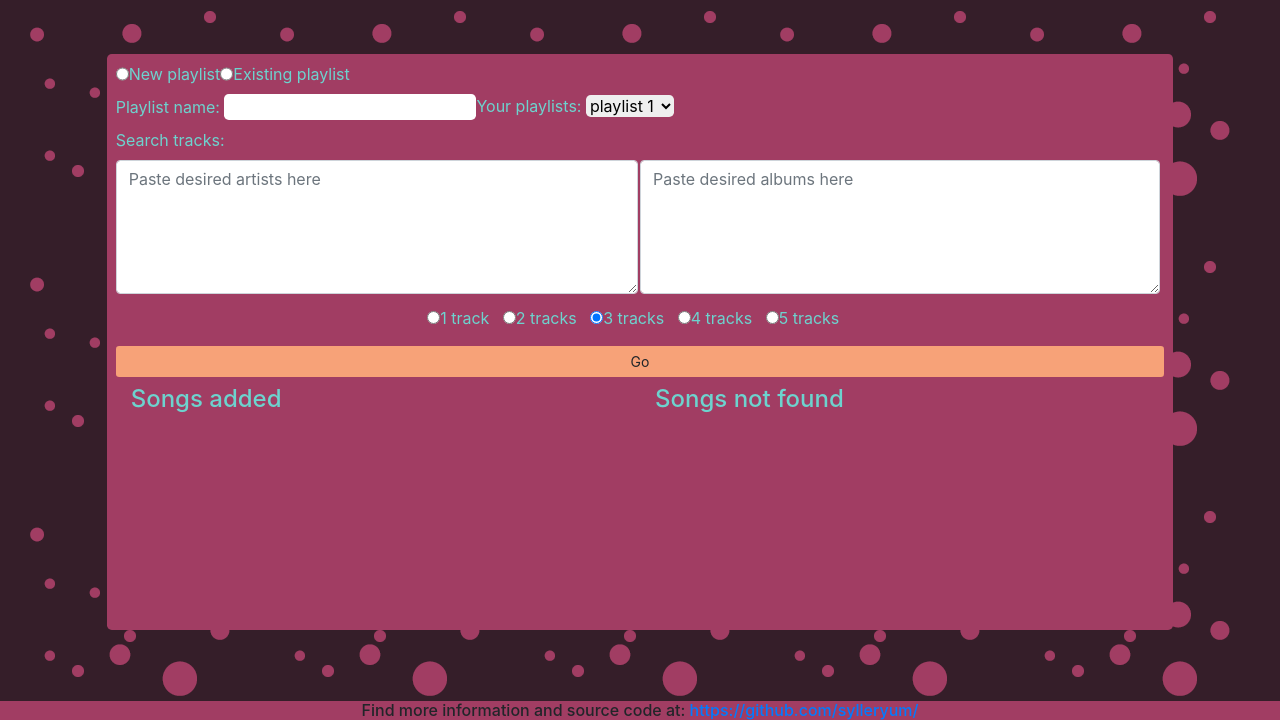
Repository: sylleryum/Frontend
Page: GetTopTracks/index.html
The author's editor kept a copy of each file at every save. The page is drawn from the files as they stood at one save, then again after a run of saves.
The browser window is 1280 px wide. The pictures show the whole page.

Above is the page before, as saved 2019-10-13 17:53:35.

### GetTopTracks/index.html
<!doctype html>
<html lang="en">

<head>
     <title>Get top tracks from Artists and albums</title>
     <!-- Required meta tags -->
     <meta charset="utf-8">
     <meta name="viewport" content="width=device-width, initial-scale=1, shrink-to-fit=no">

     <!-- Bootstrap CSS -->
     <link rel="stylesheet" href="https://stackpath.bootstrapcdn.com/bootstrap/4.3.1/css/bootstrap.min.css"
          integrity="sha384-ggOyR0iXCbMQv3Xipma34MD+dH/1fQ784/j6cY/iJTQUOhcWr7x9JvoRxT2MZw1T" crossorigin="anonymous">

     <!-- main CSS-->
     <link rel="stylesheet" href="style.css">

</head>

<body class="background-master">
     <form action="searchTrack" id="submit-btn" onsubmit="return validation()">
          <div class="container-fluid h-95">
               <div class="row align-items-center justify-content-center h-95">
                    <div class="h-80 col col-md-10 bg-4 text-1 rounded-lg pl-4 pr-4 pt-2 overflow-auto"  id="internal-container">

                         <div class="row main-select pb-2">
                              <input type="radio" id="rNew" name="playlistRadio" value="new"
                                   onchange="radioChecker()">New
                              playlist
                              <input type="radio" id="rExisting" name="playlistRadio" value="existing"
                                   onchange="radioChecker()">Existing
                              playlist
                         </div>
                         <div class="row main-playlist pb-2">
                              <div id="new-playlist" class="block-style">
                                   Playlist name: <input type="text" class="rounded-lg border-0" id="playlistName"
                                        name="playlistName" />
                              </div>
                              <div id="existing-playlist" class="block-style">
                                   <span>Your playlists:</span>
                                   <select name="selectPlaylist" class="rounded-lg border-0">
                                        <option>playlist 1</option>
                                        <option>playlist 2</option>
                                        <option>playlist 3</option>
                                        <option>playlist 4</option>
                                        <!-- <c:forEach var="items" items="${playlists}">
                                        <option value="${items.getId()}">${items.getName()}</option>
                                   </c:forEach> -->
                                   </select>
                              </div>
                         </div>
                         <div class="row pb-2">
                              Search tracks:
                         </div>
                         <div class="row main-textarea form-group pr-1 mb-0 pb-2">
                              <div class="col-md-6 p-0 mb-1">
                                   <textarea class="textarea-search form-control md-textarea" rows="5" id="searchNameArtist"
                                        name="searchNameArtist" placeholder="Paste desired artists here"></textarea>
                              </div>
                              <div class="col-md-6 p-0 small-padding">
                                   <textarea class="textarea-search form-control md-textarea" rows="5" id="searchNameAlbum"
                                        name="searchNameAlbum" placeholder="Paste desired albums here"></textarea>
                              </div>
                         </div>
                         <div class="row track-amount pb-2 justify-content-center text-center">
                              <label><input type="radio" id="rAmount1" name="playlistRadio" value="rAmount2" onchange="">1 track&nbsp;&nbsp;&nbsp;</label>
                              <label><input type="radio" id="rAmount2" name="playlistRadio" value="rAmount2" onchange="">2 tracks&nbsp;&nbsp;&nbsp;</label>
                              <label><input type="radio" id="rAmount3" name="playlistRadio" value="rAmount3" checked onchange="">3 tracks&nbsp;&nbsp;&nbsp;</label>
                              <label><input type="radio" id="rAmount4" name="playlistRadio" value="rAmount4" onchange="">4 tracks&nbsp;&nbsp;&nbsp;</label>
                              <label><input type="radio" id="rAmount5" name="playlistRadio" value="rAmount4" onchange="">5 tracks&nbsp;&nbsp;&nbsp;</label>
                         </div>
                         <div class="row main-go pb-2 justify-content-center ">
                              <button type="submit" class="btn bg-3 btn-sm btn-block" id="submit-button">
                                   Go
                              </button>
                         </div>

                         <div class="row results-menu">
                              <div class="success col-md-6">
                                   <h4>Songs added</h4>

                              </div>
                              <div class="failure col-md-6">
                                   <h4>Songs not found</h4>

                              </div>
                         </div>

                    </div>

               </div>

          </div>
     </form>
     <footer class="text-center m-0 p-0 bg-4 footer-clear">
          <h6 class="p-0 m-0 text-w">Find more information and source code at: <a href="https://github.com/sylleryum/">
                    https://github.com/sylleryum/</a></h6>

     </footer>







     <!-- Optional JavaScript -->
     <!-- jQuery first, then Popper.js, then Bootstrap JS -->
     <script src="https://code.jquery.com/jquery-3.3.1.slim.min.js"
          integrity="sha384-q8i/X+965DzO0rT7abK41JStQIAqVgRVzpbzo5smXKp4YfRvH+8abtTE1Pi6jizo"
          crossorigin="anonymous"></script>
     <script src="https://cdnjs.cloudflare.com/ajax/libs/popper.js/1.14.7/umd/popper.min.js"
          integrity="sha384-UO2eT0CpHqdSJQ6hJty5KVphtPhzWj9WO1clHTMGa3JDZwrnQq4sF86dIHNDz0W1"
          crossorigin="anonymous"></script>
     <script src="https://stackpath.bootstrapcdn.com/bootstrap/4.3.1/js/bootstrap.min.js"
          integrity="sha384-JjSmVgyd0p3pXB1rRibZUAYoIIy6OrQ6VrjIEaFf/nJGzIxFDsf4x0xIM+B07jRM"
          crossorigin="anonymous"></script>
</body>

</html>

### GetTopTracks/style.css
.footer-clear {
     width: 100%;
     position: fixed;
     bottom: 0%;
}

.background-master {
     background: url(images/bb.png) repeat;
}


button:hover {
     background-color: #a75e3a!important;
     text-decoration: underline!important;
 }

.h-100 {
     min-height: 100vh;
}

.h-95 {
     min-height: 95vh;
}

.h-80 {
     min-height: 80vh;
     max-height: 90vh;
}

.bg-1 {
     background: #6dd3ce!important
}

.bg-2 {
     background: #c8e9a0!important
}

.bg-3 {
     background: #f7a278!important
}

.bg-4 {
     background: #a13d63!important
}

.bg-5 {
     background: #351e29!important
}

.text-1 {
     color: #6dd3ce!important
}

.text-2 {
     color: #c8e9a0!important
}

.text-3 {
     color: #f7a278!important
}

.text-4 {
     color: #a13d63!important
}

.text-5 {
     color: #351e29!important
}

@media screen and (min-width: 767px) {
     .small-padding {
          padding-left: 2px!important;
     }
}

After the next 3 saves:
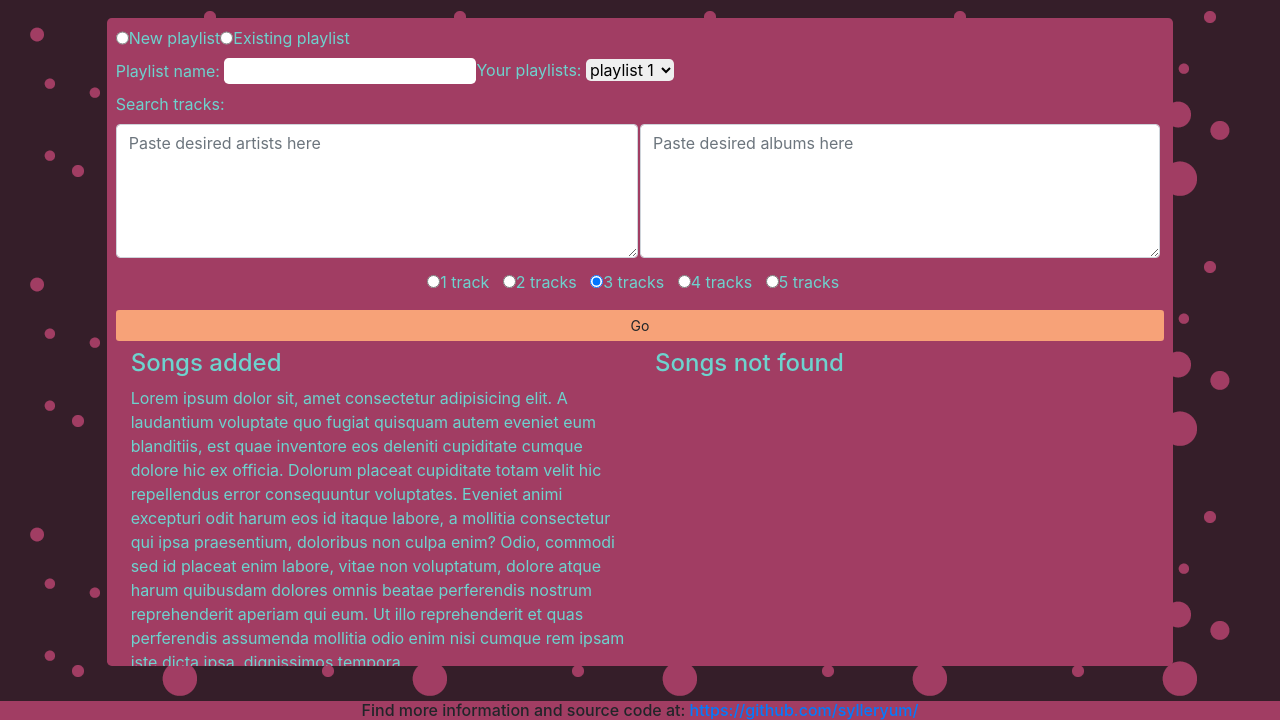
The 3 saves are shown as one change because they came seconds apart.
The last was saved 34 s later.
--- a/GetTopTracks/index.html
+++ b/GetTopTracks/index.html
@@ -77,7 +77,7 @@
                          <div class="row results-menu">
                               <div class="success col-md-6">
                                    <h4>Songs added</h4>
-
+                                   Lorem ipsum dolor sit, amet consectetur adipisicing elit. A laudantium voluptate quo fugiat quisquam autem eveniet eum blanditiis, est quae inventore eos deleniti cupiditate cumque dolore hic ex officia. Dolorum placeat cupiditate totam velit hic repellendus error consequuntur voluptates. Eveniet animi excepturi odit harum eos id itaque labore, a mollitia consectetur qui ipsa praesentium, doloribus non culpa enim? Odio, commodi sed id placeat enim labore, vitae non voluptatum, dolore atque harum quibusdam dolores omnis beatae perferendis nostrum reprehenderit aperiam qui eum. Ut illo reprehenderit et quas perferendis assumenda mollitia odio enim nisi cumque rem ipsam iste dicta ipsa, dignissimos tempora.
                               </div>
                               <div class="failure col-md-6">
                                    <h4>Songs not found</h4>
